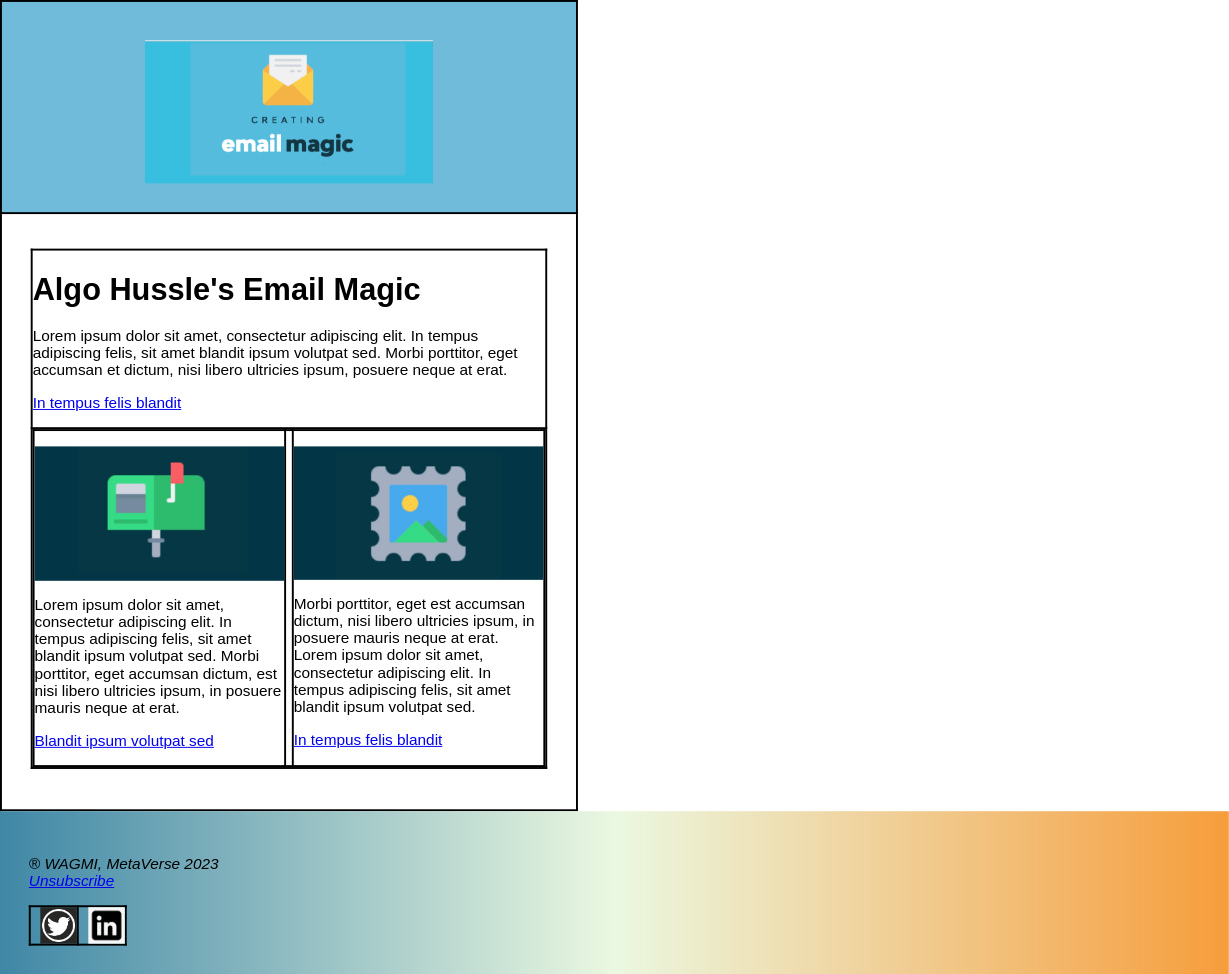
Repository: MikeeBuilds/email-template
Page: index.html
These files come from the project's save history. The page is drawn as it stood at one moment and after the next save; the edit follows.
The browser window is 1280 px wide. The pictures show the whole page, at 96% of full size.
Some icons come from a web library that is not loaded, so they are not drawn. Some web libraries are served in a nearby version.

Above is the page before, as saved 2022-11-25 13:21:21.

### index.html
<!DOCTYPE html>
<html lang="en" xmlns="http://www.w3.org./1999/xhtml" xmlns:0="urn:schemas-microsoft-com:office:office">
<head>
    <script src="https://kit.fontawesome.com/f8f61e487a.js" crossorigin="anonymous"></script>
    <meta charset="UTF-8">
    <meta http-equiv="X-UA-Compatible" content="IE=edge">
    <meta name="x-apple-disable-message-reformatting">
    <meta name="viewport" content="width=device-width, initial-scale=1.0">
    <link rel="stylesheet" href="styles.css">
    <title></title>
    <!--[if mso]>
        <noscript>
            <xml>
                <o:OfficeDocumentSettings>
                    <o:AllowPNG/>
                    <o:PixelsPerInch>96</o:PixelsPerInch>
                </o:OfficeDocumentSettings>
            </xml>
        <![endif]-->
        <style>
            table, td, div, h1, p {
                font-family: Arial, sans-serif;
            }
            table, td {
                border: 2px solid #000 !important;
            }
            </style>
<body style="margin: 0; padding: 0;">
    <table role="presentation" style="width: 602px; border-collapse: collapse; border: 1px solid #cccccc; border-spacing: 0; text-align: left;
    border-spacing: 0; background: #ffffff;">
        <tr>
            <td align="center" style="padding: 40px 0 30px 0; background: #70bbd9;">
                <img src="images/h1.png" alt="heading picture" width="300" style="height: auto; display: block;" />
            </td>
        </tr>
        <tr>
            <td align="center" style="padding: 36px 30px 42px 30px;">
                <table role="presentation" style="width:100%;border-collapse:collapse;border:0;border-spacing:0;">
                    <tr>
                        <td style="padding:0;">
                            <h1>Algo Hussle's Email Magic</h1>
<p>Lorem ipsum dolor sit amet, consectetur adipiscing elit. In tempus adipiscing felis, sit amet blandit ipsum volutpat sed. Morbi porttitor, eget accumsan et dictum, nisi libero ultricies ipsum, posuere neque at erat.</p>
<p><a href="http://www.example.com">In tempus felis blandit</a></p>

                        </td>
                    </tr>
                    <tr>
                        <td style="padding:0;">
                            <table role="presentation" style="width:100%;border-collapse:collapse;border:0;border-spacing:0;">
                                <tr>
                                    <td style="width:260px;padding:0;vertical-align:top;">
                                        <p><img src="images/left.png" alt="" width="260" style="height:auto;display:block;" /></p>
            <p>Lorem ipsum dolor sit amet, consectetur adipiscing elit. In tempus adipiscing felis, sit amet blandit ipsum volutpat sed. Morbi porttitor, eget accumsan dictum, est nisi libero ultricies ipsum, in posuere mauris neque at erat.</p>
            <p><a href="http://www.example.com">Blandit ipsum volutpat sed</a></p>
                                    </td>
                                    <td style="width:20px;padding:0;font-size:0;line-height:0;">&nbsp;</td>
                                    <td style="width:260px;padding:0;vertical-align:top;">
                                        <p><img src="images/right.png" alt="" width="260" style="height:auto;display:block;" /></p>
            <p>Morbi porttitor, eget est accumsan dictum, nisi libero ultricies ipsum, in posuere mauris neque at erat. Lorem ipsum dolor sit amet, consectetur adipiscing elit. In tempus adipiscing felis, sit amet blandit ipsum volutpat sed.</p>
            <p><a href="http://www.example.com">In tempus felis blandit</a></p>
        </td>
    </tr>
</table>

                                    </td>
                                </tr>
                            </table>
                        </td>
                    </tr>
                </table>
            </body>
        </head>


        <footer style="padding: 30px; background: linear-gradient(0.25turn, #3f87a6, #ebf8e1, #f69d3c)";>
            <i class="fa-brand fa-twitter"
            <table role="presentation" style="width:100%;border-collapse:collapse;border:0;border-spacing:0;">
                <tr>
                    <td style="padding:0;width:50%;" align="left">
                        <p>&reg; WAGMI, MetaVerse 2023<br/><a href="http://www.example.com">Unsubscribe</a></p>
                    </td>
                    <td style="padding:0;width:50%;" align="right">
                        <table role="presentation" style="border-collapse:collapse;border:0;border-spacing:0;">
                            <tr>
                                <td style="padding:0 0 0 10px;width:38px;">
                                    <a href="http://www.twitter.com/bankroll_miyagi"><img src="images/twitter.png" alt="Twitter" width="38" style="height:auto;display:block;border:0;" /></a>
                                </td>
                                <td style="padding:0 0 0 10px;width:38px;">
                                    <a href="http://www.linkedin.com/in/mike-woods-51b3b2257"><img src="images/linkedin.png" alt="Facebook" width="38" style="height:auto;display:block;border:0;" /></a>
                                </td>
                            </tr>
                        </table>
                    </td>
                </tr>
            </table>
        </footer>

        </html>

Loaded but not shown: styles.css (no stored copy; drawn as an empty file)

After the next save:
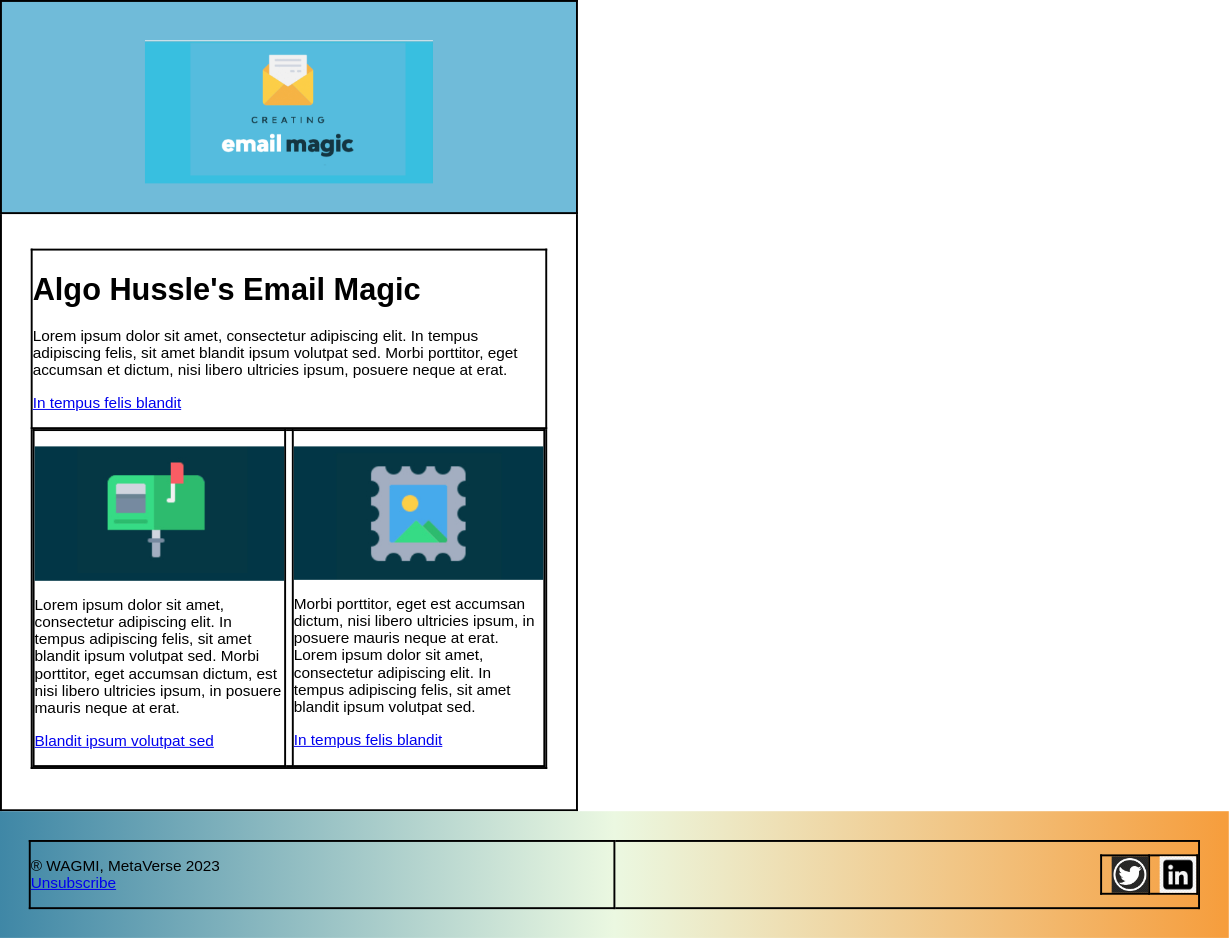
Saved 4 s later.
--- a/index.html
+++ b/index.html
@@ -73,7 +73,7 @@
 
 
         <footer style="padding: 30px; background: linear-gradient(0.25turn, #3f87a6, #ebf8e1, #f69d3c)";>
-            <i class="fa-brand fa-twitter"
+            <i class="fa-brand fa-twitter"></i>
             <table role="presentation" style="width:100%;border-collapse:collapse;border:0;border-spacing:0;">
                 <tr>
                     <td style="padding:0;width:50%;" align="left">
